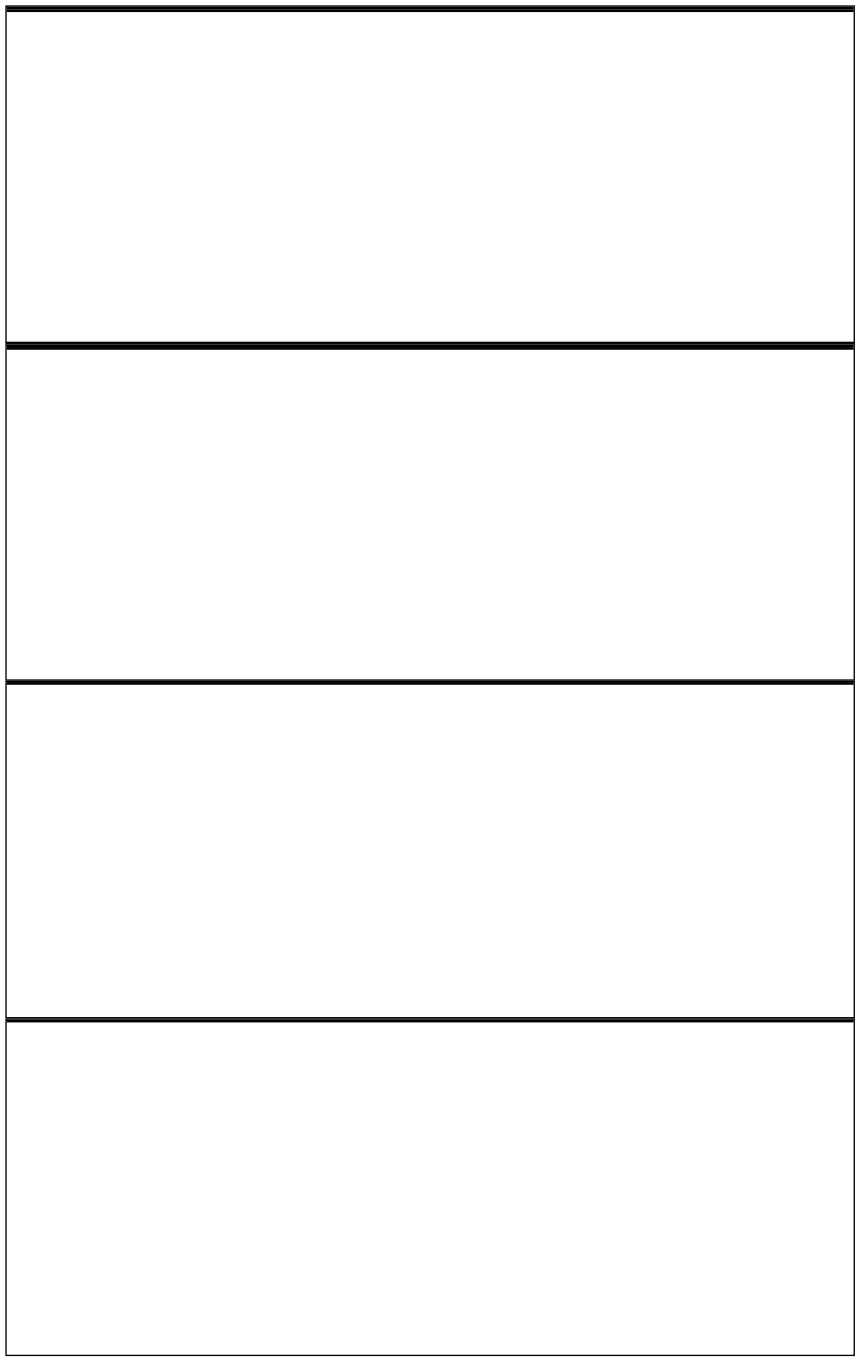
Repository: JHooniie/mini-Project
Page: http://localhost/Project-UIUX/index.jsp
An editor plug-in stored every save of this project. The page is shown before and after the next save, followed by the edit.
The browser window is 1280 px wide. The pictures show the whole page, at 67% of full size.
The page is served by Tomcat 9.

Above is the page before, as saved 2022-07-02 06:52:39.

After the next save:
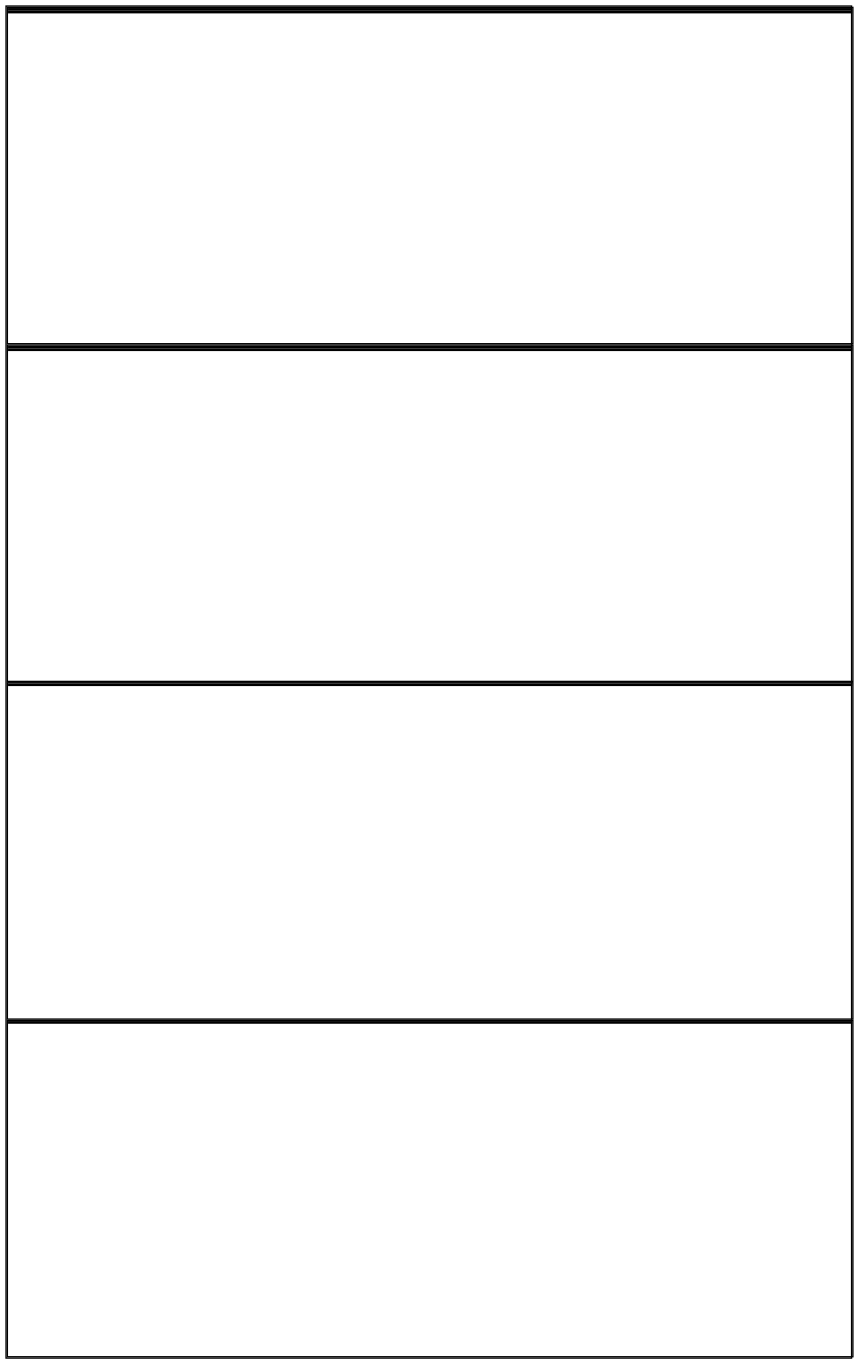
Saved 31 min 11 s later.
--- a/Project-UIUX/src/main/webapp/index.jsp
+++ b/Project-UIUX/src/main/webapp/index.jsp
@@ -18,6 +18,7 @@
 		</style>
 	</head>
 	<body>
+	<div id="wrap">
 	<header>
 		<div class="big">
 			<div>
@@ -54,5 +55,6 @@
 			</div>
 	 	</div>
 	 </footer>
+	</div>
 	</body>
 </html>
